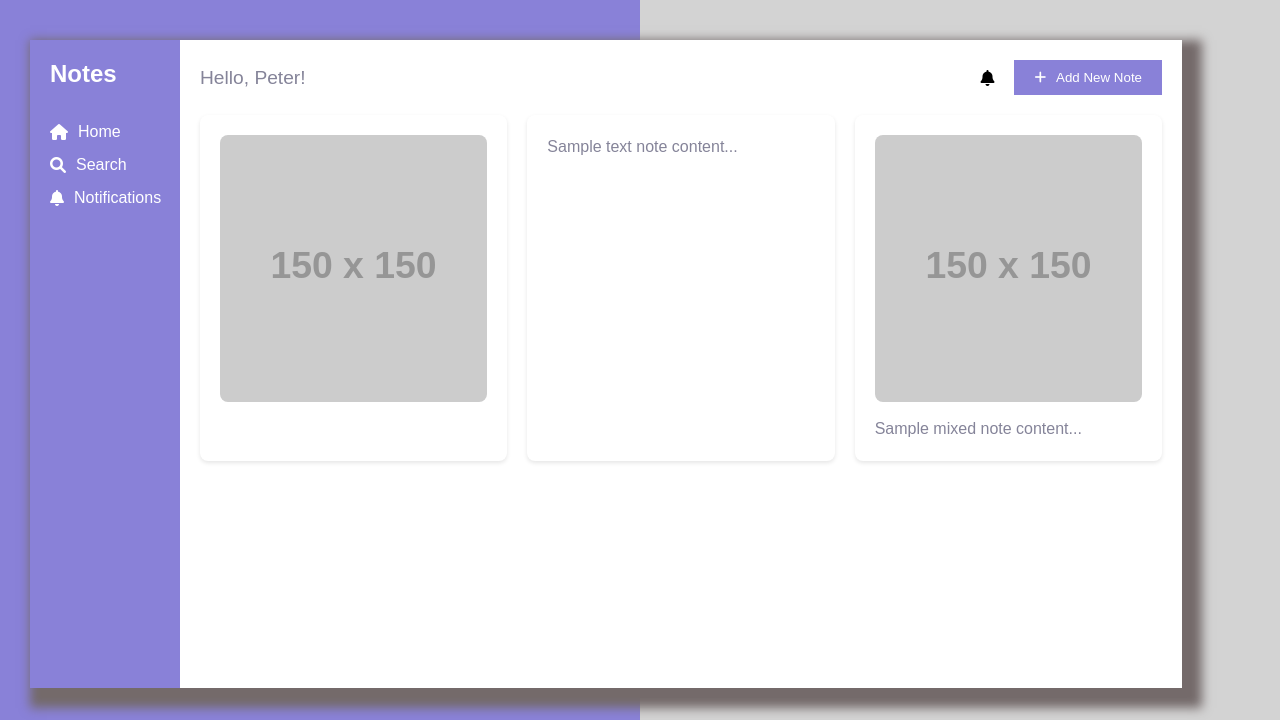
Repository: SatenikGabrielyan/HTML_CSS-_Assignment
Page: index.html
The author's editor kept a copy of each file at every save. The page is drawn from the files as they stood at one save, then again after the next save.
The browser window is 1280 px wide. The pictures show the whole page.

Above is the page before, as saved 2025-03-17 12:06:39.

### index.html
<!DOCTYPE html>
<html lang="en">
  <head>
    <meta charset="UTF-8" />
    <meta name="viewport" content="width=device-width, initial-scale=1.0" />
    <title>Notes App</title>
    <link rel="stylesheet" href="./style.css" />
    <!-- Include Font Awesome for icons -->
    <link href="https://cdnjs.cloudflare.com/ajax/libs/font-awesome/6.0.0-beta3/css/all.min.css" rel="stylesheet"/>
  </head>
  <body>

      <div class="cont">
          <div class="purp"></div>
          <div class="whit"></div>
      </div>
    <div class="container">

      <nav class="sidebar">
        <div class="sidebar-header">
          <h2>Notes</h2>
        </div>
        <ul class="sidebar-list">
          <li><i class="fas fa-home"></i> Home</li>
          <li><i class="fas fa-search"></i> Search</li>
          <li><i class="fas fa-bell"></i> Notifications</li>
        </ul>
      </nav>

      <main class="main-content">
        <header>
          <div class="header-left">
            <p>Hello, Peter!</p>
          </div>
          <div class="header-right">
            <i class="fas fa-bell"></i>
            <button class="add-note-btn">
              <i class="fas fa-plus"></i> Add New Note
            </button>
          </div>
        </header>
        <section class="notes-grid">

          <div class="note-item image-note">
            <img src="https://via.placeholder.com/150" alt="Note Image" />
          </div>

          <div class="note-item text-note">
            <p>Sample text note content...</p>
          </div>

          <div class="note-item mixed-note">
            <img src="https://via.placeholder.com/150" alt="Note Image" />
            <p>Sample mixed note content...</p>
          </div>
        </section>
      </main>
    </div>

  </body>
</html>

### style.css
/* CSS Variables for Colors */
:root {
    --bg-color: #fbfbfb;
    --primary-color: #8981d8;
    --secondary-color: #d0d0d0;
    --text-color: #858499;
    --highlight-color: #7f77cc;
    --hover-color: rgba(137, 129, 216, 0.5);
  }

  /* General Reset */
  * {
    margin: 0;
    padding: 0;
    box-sizing: border-box;
  }

  body {
    font-family: Arial, sans-serif;
    background-color: var(--bg-color);
    display: flex;
    height: 100vh;
  }
  .wrapper{
    position: relative;
  }
  .cont{
      display: flex;
      width: 100%;
      position: relative;
      z-index: -1;
      border-radius: 10px;
  }
.purp {
    width: 50%;
    background-color: var(--primary-color);
    flex-direction: row;
}
.whit {
    width: 50%;
    background-color: lightgray;
    flex-direction: row;
}
  .container {
    display: flex;
    width: 90%;
    height: 90%;

    box-shadow: 10px 10px 10px 10px rgb(116, 106, 106);
    margin-left: 30px;
    margin-right: 30px;
    margin-top: 40px;
    margin-bottom: 80px;
    background: center;
    position: absolute;
    z-index: 2;
  }

  /* Sidebar Styling */
  .sidebar {
    width: 150px;
    background-color: var(--primary-color);
    color: #fff;
    display: flex;
    flex-direction: column;
    padding: 20px;
  }

  .sidebar-header h2 {
    margin-bottom: 20px;
  }

  .sidebar-list {
    list-style: none;
  }

  .sidebar-list li {
    margin: 15px 0;
    display: flex;
    align-items: center;
    cursor: pointer;
  }

  .sidebar-list li i {
    margin-right: 10px;
  }

  /* Main Content Styling */
  .main-content {
    background-color: white;
    flex-grow: 1;
    padding: 20px;
    overflow-y: auto;
  }

  header {
    display: flex;
    justify-content: space-between;
    align-items: center;
    margin-bottom: 20px;
  }

  .header-left p {
    font-size: 1.2em;
    color: var(--text-color);
  }

  .header-right {
    display: flex;
    align-items: center;
  }

  .header-right i {
    margin-right: 20px;
    cursor: pointer;
  }

  .add-note-btn {
    background-color: var(--primary-color);
    color: #fff;
    border: none;
    padding: 10px 20px;
    cursor: pointer;
    display: flex;
    align-items: center;
  }

  .add-note-btn i {
    margin-right: 10px;
  }

  /* Notes Grid Styling */
  .notes-grid {
    display: grid;
    grid-template-columns: repeat(auto-fill, minmax(300px, 1fr));
    gap: 20px;
  }

  .note-item {
    background-color: #fff;
    border-radius: 8px;
    box-shadow: 0 2px 4px rgba(0, 0, 0, 0.1);
    overflow: hidden;
    display: flex;
    flex-direction: column;
    padding: 20px;
  }

  .note-item img {
    width: 100%;
    height: auto;
    border-radius: 8px;
    margin-bottom: 15px;
  }

  .note-item p {
    color: var(--text-color);
    font-size: 1em;
    line-height: 1.5;
  }

  /* Hover Effect for Filter Buttons */
  .sidebar-list li:hover {
    background-color: var(--highlight-color);
    transition: background-color 0.3s ease;
  }

  /* Mobile Responsiveness */
  @media (max-width: 768px) {
    .container {
      flex-direction: column;
    }

    .sidebar {
      width: 100%;
      flex-direction: row;
      justify-content: space-around;
      padding: 10px;
    }

    .sidebar-list {
      display: flex;
      flex-direction: row;
      gap: 15px;
    }

    .sidebar-list li {
      margin: 0;
    }

    .main-content {
      padding: 10px;
    }

    header {
      flex-direction: column;
      align-items: flex-start;
    }

    .header-right {
      margin-top: 10px;
    }

    .notes-grid {
      grid-template-columns: 1fr;
    }

    .note-item {
      padding: 10px;
    }

    .note-item img {
      margin-bottom: 10px;
    }
  }

After the next save:
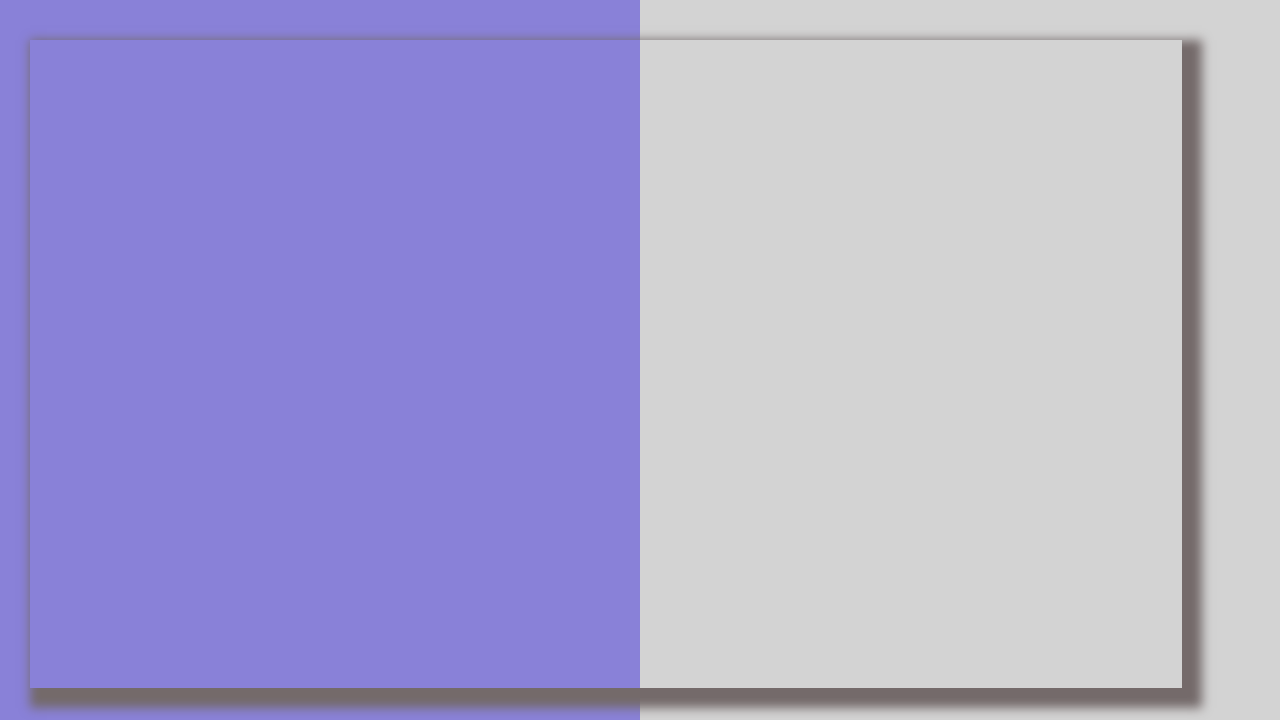
Saved 2 h 42 min later.
--- a/index.html
+++ b/index.html
@@ -15,7 +15,7 @@
           <div class="whit"></div>
       </div>
     <div class="container">
-
+<!--
       <nav class="sidebar">
         <div class="sidebar-header">
           <h2>Notes</h2>
@@ -54,7 +54,7 @@
             <p>Sample mixed note content...</p>
           </div>
         </section>
-      </main>
+      </main> -->
     </div>
 
   </body>
